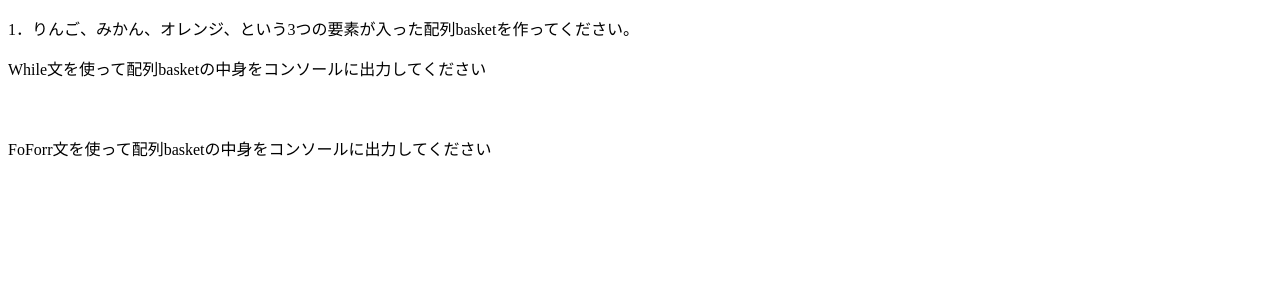
Repository: myojosamurai/Samurai_JS-
Page: javascript1/shukudai5-1.html
The author's editor kept a record of every edit. The page is drawn from the files as they stood at one moment, then again after the next edit.
The browser window is 1280 px wide. The pictures show the whole page.

Above is the page before.

After the next edit:
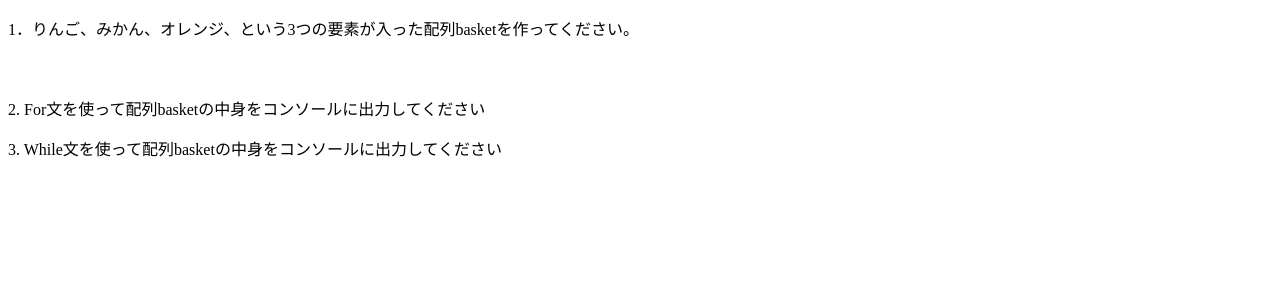
The edit:
--- a/javascript1/shukudai5-1.html
+++ b/javascript1/shukudai5-1.html
@@ -6,8 +6,8 @@
   </head>
   <body>
     <p>1．りんご、みかん、オレンジ、という3つの要素が入った配列basketを作ってください。</p>
-    <p>While文を使って配列basketの中身をコンソールに出力してください</p>
-　　<p>FoForr文を使って配列basketの中身をコンソールに出力してください</p>
+　　<p>2. For文を使って配列basketの中身をコンソールに出力してください</p>
+    <p>3. While文を使って配列basketの中身をコンソールに出力してください</p>
     <script>
         const basket = ['りんご','みかん','オレンジ'];
 
